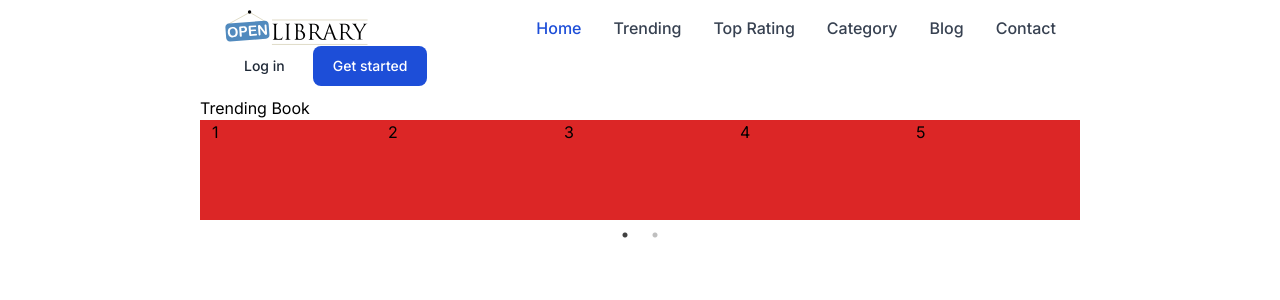
Repository: XuanKhanhHoang/Library-System-Frontend
Page: /
An editor plug-in stored every save of this project. The page is shown before and after the next save, followed by the edit.
The browser window is 1280 px wide. The pictures show the whole page.
The project was rebuilt for these pictures with package versions that can differ from the ones it lists, and the page was loaded fresh each time. The framework's server and built-in components were replaced by stand-ins that run in the browser. Also part of the build but not shown: next.config.mjs.

Above is the page before, as saved 2024-09-22 15:20:21.

After the next save:
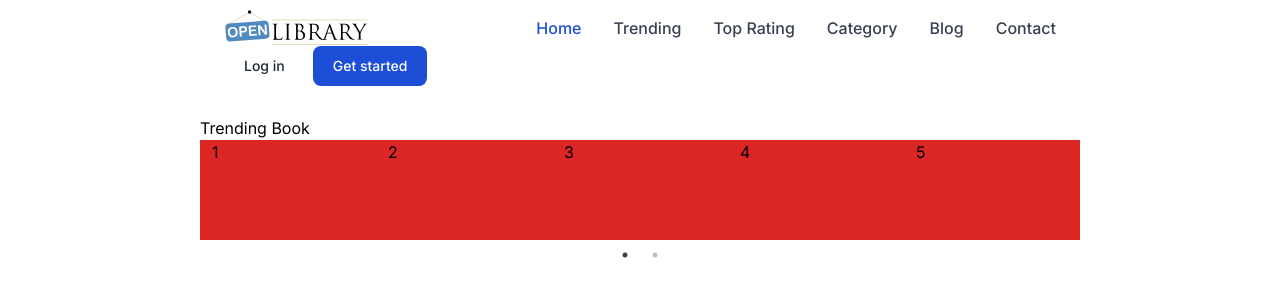
Saved 80 s later.
--- a/src/app/page.tsx
+++ b/src/app/page.tsx
@@ -42,7 +42,7 @@
   const object = [1, 2, 3, 4, 5, 6, 7, 8];
   return (
     <div className="slider-container">
-      <h1>Trending Book</h1>
+      <h1 className="mt-[20px]">Trending Book</h1>
       <Slider {...settings}>
         {object.map((i, index) => (
           <div className="w-[100px] h-[100px] bg-red-600 px-3" key={index}>
